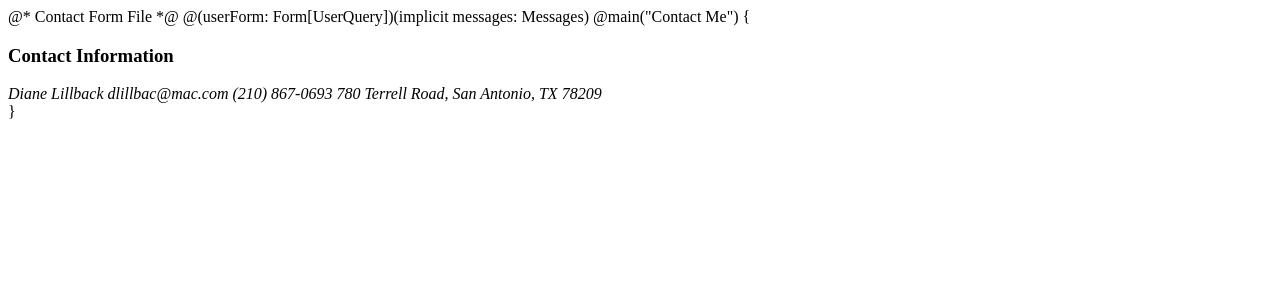
Repository: arthurfeeney/Interior-Design
Page: server/app/views/contact.scala.html
An editor plug-in stored every save of this project. The page is shown before and after the next save, followed by the edit.
The browser window is 1280 px wide. The pictures show the whole page.

Above is the page before, as saved 2019-03-31 19:45:50.

After the next save:
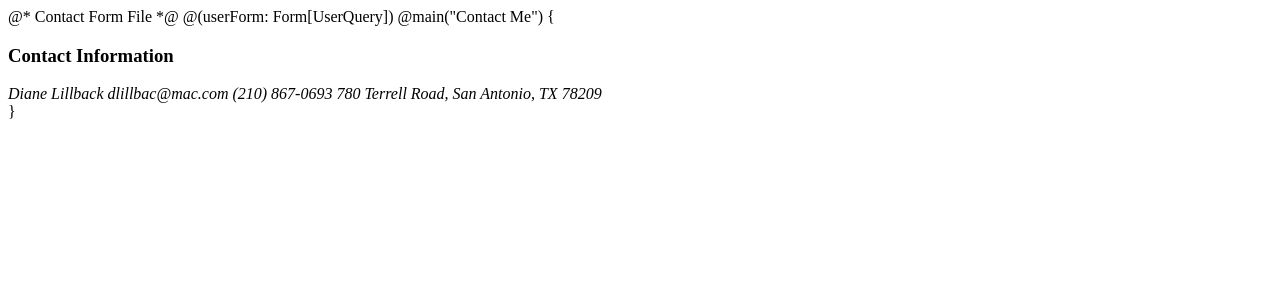
Saved 5 min 17 s later.
--- a/server/app/views/contact.scala.html
+++ b/server/app/views/contact.scala.html
@@ -1,5 +1,5 @@
 @* Contact Form File *@
-@(userForm: Form[UserQuery])(implicit messages: Messages)
+@(userForm: Form[UserQuery])
 
 @main("Contact Me") {
 <h3> Contact Information</h3>
